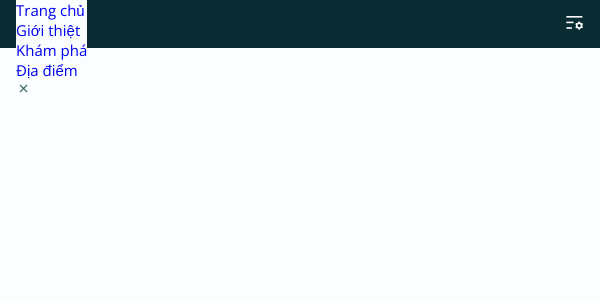
Repository: haokiet2501/travel-demo
Page: index.html
These files come from the project's save history. The page is drawn as it stood at one moment and after the next save; the edit follows.
The browser window is 600 px wide. The pictures show the whole page.

Above is the page before, as saved 2021-09-21 10:08:29.

### index.html
<!DOCTYPE html>
<html lang="en">
<head>
    <meta charset="UTF-8">
    <meta http-equiv="X-UA-Compatible" content="IE=edge">
    <meta name="viewport" content="width=device-width, initial-scale=1.0">
    <link href="https://cdn.jsdelivr.net/npm/remixicon@2.5.0/fonts/remixicon.css" rel="stylesheet">
    <link rel="stylesheet" href="/css/style.css">
    <title>Website Travel</title>
</head>

<body>
    <header class="header" id="header">
        <nav class="nav container">
            <a href="#" class="nav__logo">Travel</a>

            <div class="nav__menu" id="nav-menu">
                <ul class="nav__list">
                    <li class="nav__item">
                        <a href="#home" class="nav__link">Trang chủ</a>
                    </li>
                    <li class="nav__item">
                        <a href="#about" class="nav__link">Giới thiệt</a>
                    </li>
                    <li class="nav__item">
                        <a href="#discover" class="nav__link">Khám phá</a>
                    </li>
                    <li class="nav__item">
                        <a href="#place" class="nav__link">Địa điểm</a>
                    </li>
                </ul>

                <i class="ri-close-line nav__close" id="nav-close"></i>
            </div>

            <div class="nav__toggle" id="nav-toggle">
                <i class="ri-list-settings-line"></i>
            </div>
        </nav>
    </header>
</body>

</html>

### css/style.css
/* Google Font */
@import url('https://fonts.googleapis.com/css2?family=Open+Sans:wght@400;600&family=Raleway:wght@500;600;700&display=swap');

/* Variables css */
:root {
    --header-height: 3rem;

    /* Colors */
    --hue-color: 190;

    /* HSL color mode */
    --first-color: hsl(var(--hue-color), 64%, 12%);
    --first-color-second: hsl(var(--hue-color), 64%, 22%);
    --first-color-alt: hsl(var(--hue-color), 64%, 15%);
    --title-color: hsl(var(--hue-color), 64%, 18%);
    --text-color: hsl(var(--hue-color), 24%, 35%);
    --text-color-light: hsl(var(--hue-color), 8%, 60%);
    --input-color: hsl(var(--hue-color), 24%, 97%);
    --body-color: hsl(var(--hue-color), 100%, 99%);
    --white-color: #FFF;
    --scroll-bar-color: hsl(var(--hue-color), 12%, 90%);
    --scroll-thumb-color: hsl(var(--hue-color), 12%, 75%);

    /* Font and typography */
    --body-font: 'Open Sans', sans-serif;
    --title-font: 'Raleway', sans-serif;
    --biggest-font-size: 2.5rem;
    --h1-font-size: 1.5rem;
    --h2-font-size: 1.25rem;
    --h3-font-size: 1rem;
    --normal-font-size: .938rem;
    --small-font-size: .813rem;
    --smaller-font-size: .75rem;

    /* Font Weight */
    --font-medium: 500;
    --font-semi-bold: 600;

    /* Margin Bottom */
    --mb-0-25: .25rem;
    --mb-0-5: .5rem;
    --mb-0-75: .75rem;
    --mb-1: 1rem;
    --mb-1-25: 1.25rem;
    --mb-1-5: 1.5rem;
    --mb-2: 2rem;
    --mb-2-5: 2.5rem;

    /* Z-index */
    --z-tooltip: 10;
    --z-fixed: 100;

    /* Hover overlay */
    --img-transition: .3s;
    --img-hidden: hidden;
    --img-scale: scale(1.1);
}

@media screen and (min-width: 960px) {
    :root {
        --biggest-font-size: 4rem;
        --h1-font-size: 2.25rem;
        --h2-font-size: 1.75rem;
        --h3-font-size: 1.25rem;
        --normal-font-size: 1rem;
        --small-font-size: .875rem;
        --smaller-font-size: .813rem;
    }
}

/* Base */
* {
    padding: 0;
    margin: 0;
    box-sizing: border-box;
}

html {
    scroll-behavior: smooth;
}

body {
    margin: var(--header-height) 0 0 0;
    font-family: var(--body-font);
    font-size: var(--normal-font-size);
    background-color: var(--body-color);
    color: var(--text-color);
}

h1,h2,h3 {
    color: var(--title-color);
    font-weight: var(--font-semi-bold);
    font-family: var(--title-font);
}

ul {
    list-style: none;
}

a {
    text-decoration: none;
}

img, video {
    max-width: 100%;
    height: auto;
}

button, input {
    border: none;
    font-family: var(--body-font);
    font-size: var(--normal-font-size);
}

button {
    cursor: pointer;
}

input {
    outline: none;
}

/* Reusable css classed */
.section {
    padding: 4.5rem 0 2.5rem;
}

.section__title {
    font-size: var(--h2-font-size);
    color: var(--title-color);
    text-align: center;
    text-transform: capitalize;
    margin-bottom: var(--mb-2);
}

.container {
    max-width: 960px;
    margin-left: var(--mb-1);
    margin-right: var(--mb-1);
}

.grid {
    display: grid;
    gap: 1.5rem;
}

/* HEADER */
.header {
    width: 100%;
    position: fixed;
    top: 0;
    left: 0;
    z-index: var(--z-fixed);
    background-color: var(--first-color);
}

/* NAV */
.nav {
    display: flex;
    justify-content: space-between;
    align-items: center;
    height: var(--header-height);
}

.nav__logo, .nav__toggle {
    color: var(--white-color);
}

.nav__logo {
    font-weight: var(--font-semi-bold);
}

.nav__toggle {
    font-size: 1.2rem;
    cursor: pointer;
}

.nav__menu {
    position: relative;
}

@media screen and (max-width: 767px) {
    .nav__menu {
        position: fixed;
        background-color: var(--body-color);
        top: 0;
    }
}

After the next save:
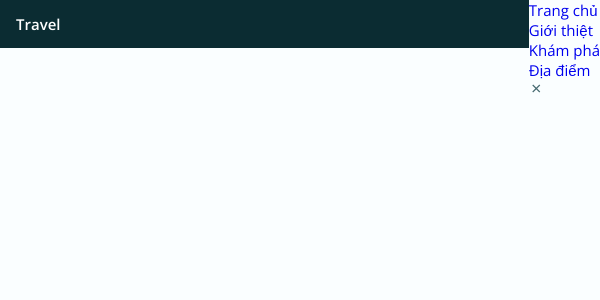
Saved 6 s later.
--- a/css/style.css
+++ b/css/style.css
@@ -184,5 +184,7 @@ input {
         position: fixed;
         background-color: var(--body-color);
         top: 0;
+        right: 0;
+        w100
     }
 }
